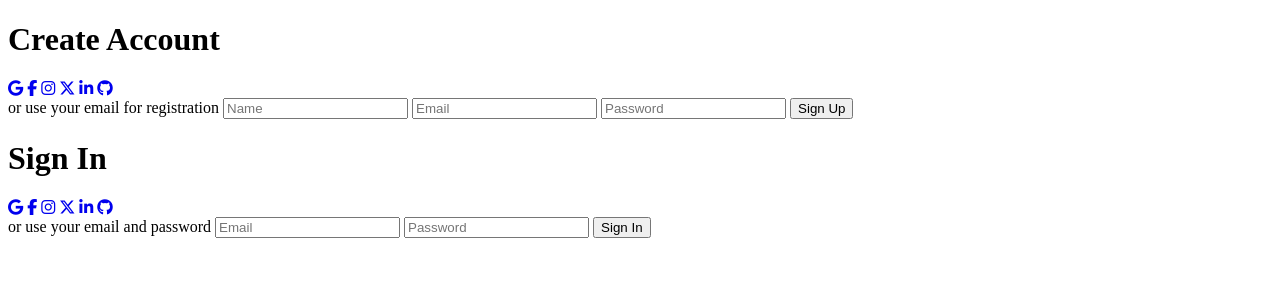
Repository: DevMike1993/Animated_Login_Page
Page: index.html
These files come from the project's save history. The page is drawn as it stood at one moment and after the next save; the edit follows.
The browser window is 1280 px wide. The pictures show the whole page.

Above is the page before, as saved 2023-12-17 19:40:54.

After the next save:
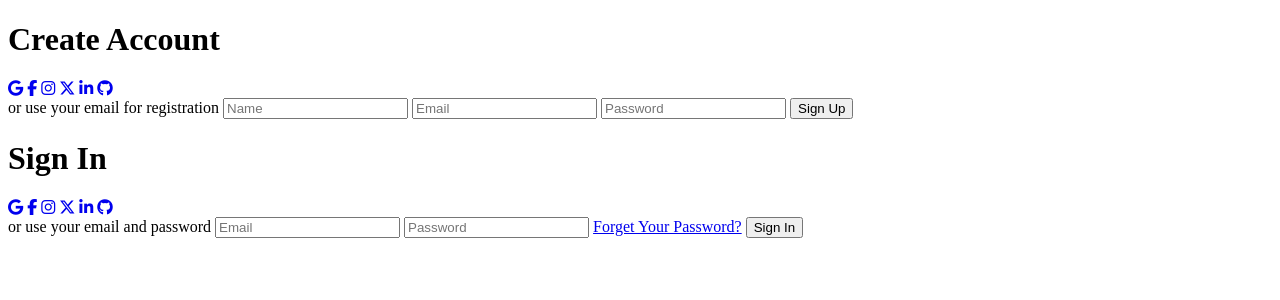
Saved 19 s later.
--- a/index.html
+++ b/index.html
@@ -42,7 +42,7 @@
                 <span>or use your email and password</span>
                 <input type="email" placeholder="Email">
                 <input type="password" placeholder="Password">
-                <a href="#"></a>
+                <a href="#">Forget Your Password?</a>
                 <button>Sign In</button>
             </form>
         </div>
